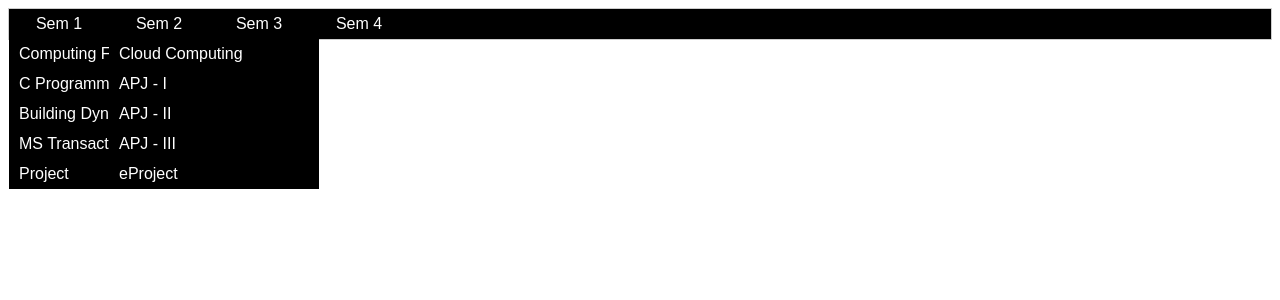
Repository: congle98/CSS_MenuNgangCoBan
Page: index.html
An editor plug-in stored every save of this project. The page is shown before and after the next save, followed by the edit.
The browser window is 1280 px wide. The pictures show the whole page.

Above is the page before, as saved 2021-05-26 14:55:51.

### index.html
<!DOCTYPE html>
<html lang="en">
<head>
    <meta charset="UTF-8">
    <title>Title</title>
    <link rel="stylesheet" href="style.css">
</head>
<body>
<div id="menu">
    <ul>

        <li><a href="#">Sem 1</a>
            <ul>
                <li><a href="#">Computing Fundametal</a></li>
                <li><a href="#">C Programming</a></li>
                <li><a href="#">Building Dynamic Website</a></li>
                <li><a href="#">MS Transact-SQL</a></li>
                <li><a href="#">Project</a></li>
            </ul>
        </li>
        <li><a href="#">Sem 2 </a>
            <ul>
                <li><a href="#">Cloud Computing</a></li>
                <li><a href="#">APJ - I</a></li>
                <li><a href="#">APJ - II</a></li>
                <li><a href="#">APJ - III</a></li>
                <li><a href="#">eProject</a></li>
            </ul>
        </li>
        <li><a href="#">Sem 3</a></li>
        <li><a href="#">Sem 4</a></li>

    </ul>
</div>
</body>
</html>

### style.css
body{
    font-family: Arial;
}

#menu{
    height: 30px;
    padding:0;
    margin:0;
    background-color: #000000;
    border: 1px solid #CDCDCD;
}

#menu ul, #menu li{
    padding:0;
    margin:0;
}
#menu li{
    position: relative;
    float: left;
    list-style: none;
    margin: 0;
    padding:0;
}
#menu li a {
    width: 100px;
    height: 30px;
    display: block;
    text-decoration: none;
    text-align: center;
    line-height: 30px;
    background-color: black;
    color: white;
}
#menu ul ul li a {
    width: 200px;
    text-align: left;
    padding-left: 10px;

}
#menu li a:hover{
    background-color: red;
}
#menu ul ul{
    position: absolute;
    top: 30px;
}

After the next save:
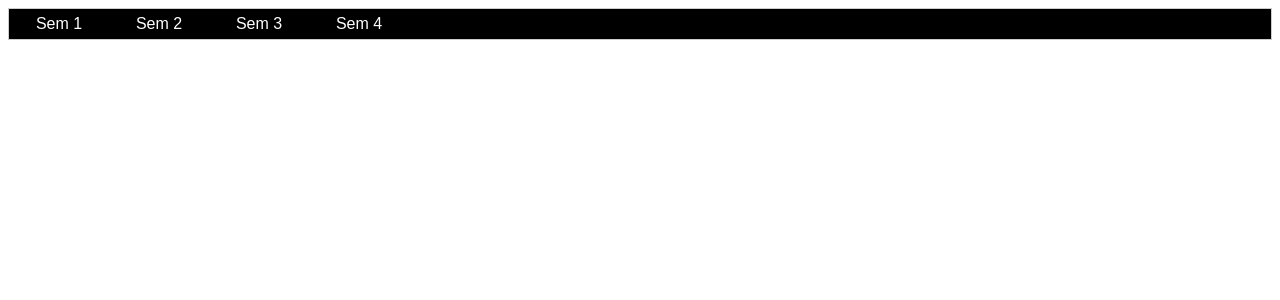
Saved 16 s later.
--- a/style.css
+++ b/style.css
@@ -43,4 +43,6 @@ body{
 #menu ul ul{
     position: absolute;
     top: 30px;
+    left: 15px;
+    visibility: hidden;
 }
